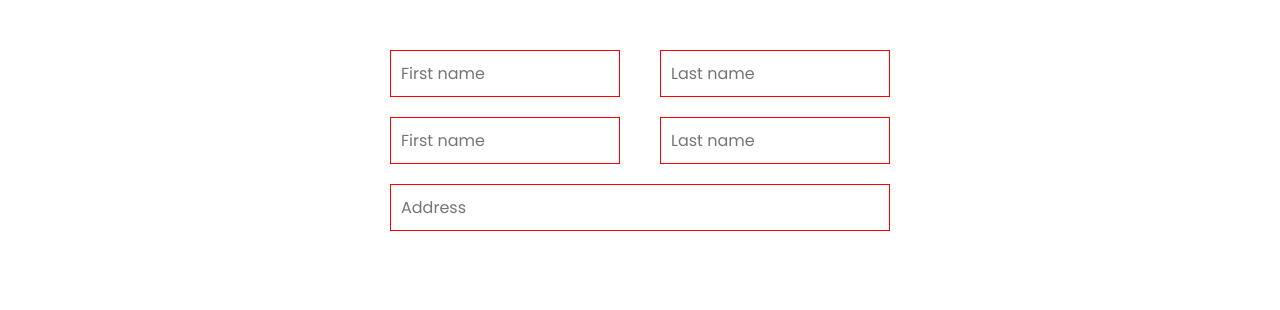
Repository: evondev/html-css-basic-course
Page: index.html
These files come from the project's save history. The page is drawn as it stood at one moment and after the next save; the edit follows.
The browser window is 1280 px wide. The pictures show the whole page.
Some web libraries are served in a nearby version. The style sheet was rebuilt from its Sass, Less or Tailwind sources for each picture, by a compiler version that may differ from the author's.

Above is the page before, as saved 2020-12-27 11:43:35.

### index.html
<!DOCTYPE html>
<html lang="en">
  <head>
    <meta charset="UTF-8" />
    <meta name="viewport" content="width=device-width, initial-scale=1.0" />
    <title>Form layout CSS Grid</title>
    <link
      href="https://fonts.googleapis.com/css2?family=Roboto:wght@400;700&display=swap"
      rel="stylesheet"
    />
    <link
      rel="stylesheet"
      href="https://cdnjs.cloudflare.com/ajax/libs/font-awesome/5.14.0/css/all.min.css"
      integrity="sha512-1PKOgIY59xJ8Co8+NE6FZ+LOAZKjy+KY8iq0G4B3CyeY6wYHN3yt9PW0XpSriVlkMXe40PTKnXrLnZ9+fkDaog=="
      crossorigin="anonymous"
    />
    <link
      href="https://fonts.googleapis.com/css2?family=Poppins:wght@300;400;700&display=swap"
      rel="stylesheet"
    />
    <link rel="stylesheet" href="./reset.css" />
    <link rel="stylesheet" href="./app.css" />
  </head>
  <body>
    <div class="form-layout">

      <div class="form-group">
        <input type="text" class="form-input" placeholder="First name">
        <input type="text" class="form-input" placeholder="Last name">
      </div>
      <div class="form-group">
        <input type="text" class="form-input" placeholder="First name">
        <input type="text" class="form-input" placeholder="Last name">
      </div>
      <div class="form-group">
        <input type="text" class="form-input" placeholder="Address">
      </div>
    </div>
  </body>
</html>

### app.scss
html {
  font-size: 62.5%;
}

* {
  box-sizing: border-box;
}

body {
  font-size: 1.6rem;
  font-weight: normal;
}

input,
textarea,
button,
select {
  font-size: 1.6rem;
  font-family: "Poppins", sans-serif;
  font-weight: normal;
  outline: none;
}

a {
  text-decoration: none;
}

img {
  display: block;
  max-width: 100%;
}
.form-layout {
  max-width: 500px;
  margin: 50px auto;
}
.form-group {
  margin-bottom: 20px;
  display: grid;
  grid-template-columns: repeat(auto-fit, minmax(0, 1fr));
  grid-column-gap: 40px;
}
.form-input {
  padding: 10px;
  border: 1px solid #f00;
  outline: none;
  width: 100%;
}

Loaded but not shown: reset.css (common file)

After the next save:
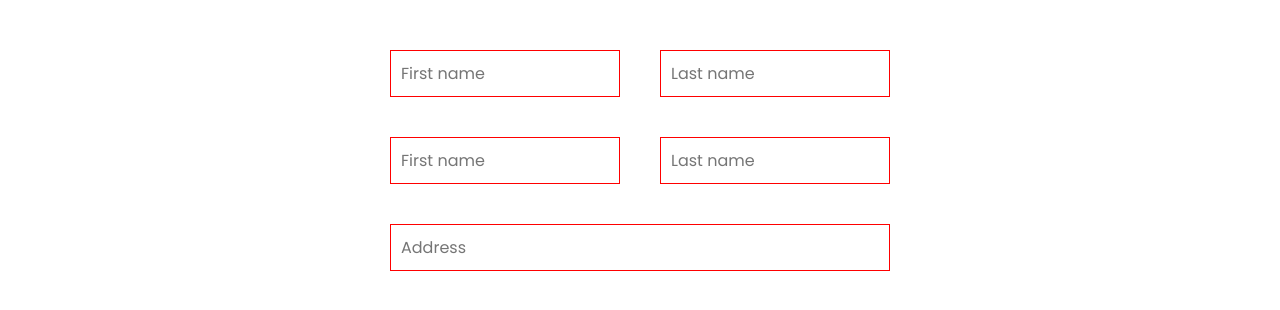
Saved 8 s later.
--- a/app.scss
+++ b/app.scss
@@ -34,7 +34,7 @@ img {
   margin: 50px auto;
 }
 .form-group {
-  margin-bottom: 20px;
+  margin-bottom: 40px;
   display: grid;
   grid-template-columns: repeat(auto-fit, minmax(0, 1fr));
   grid-column-gap: 40px;
